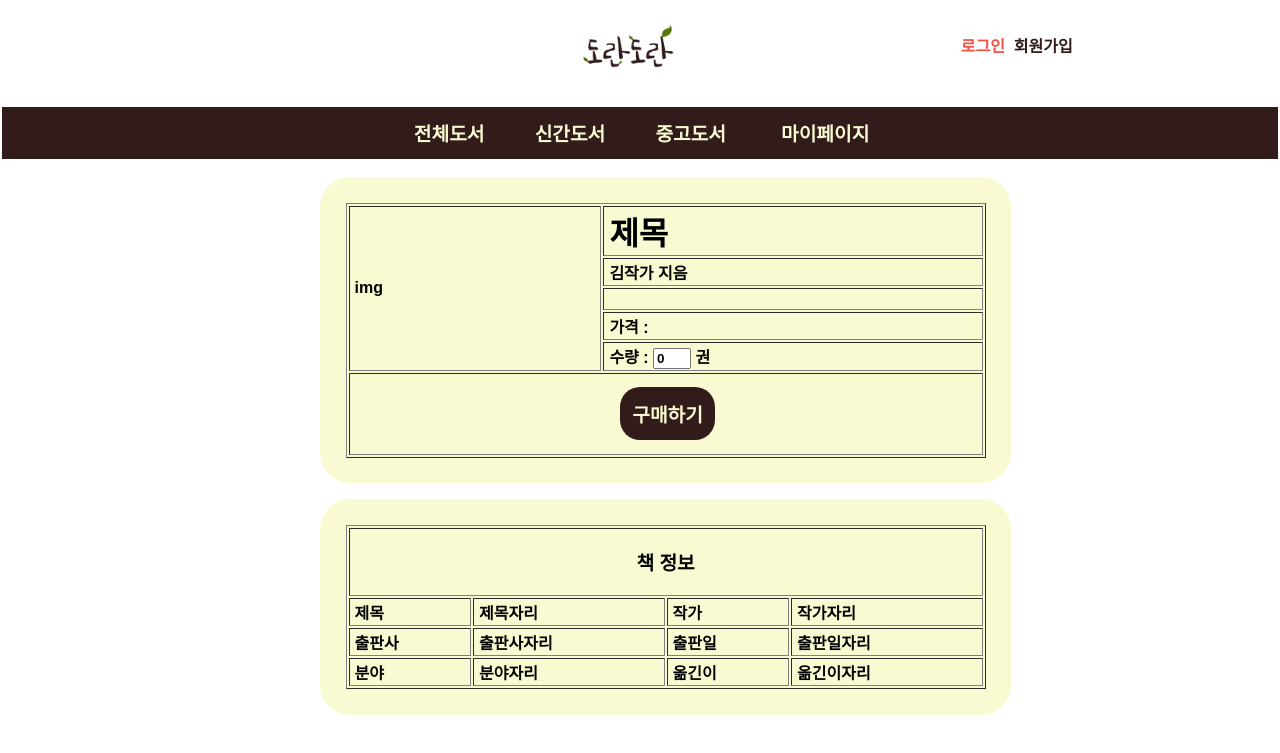
Repository: juhyun110701/DORANDORAN
Page: http://localhost/dorandoran/bookView.jsp
These files come from the project's save history. The page is drawn as it stood at one moment and after the next save; the edit follows.
The browser window is 1280 px wide. The pictures show the whole page.
Some web fonts or font styles are not loaded; a fallback is used. The page is served by Tomcat 9.

Above is the page before, as saved 2019-07-31 12:47:40.

After the next save:
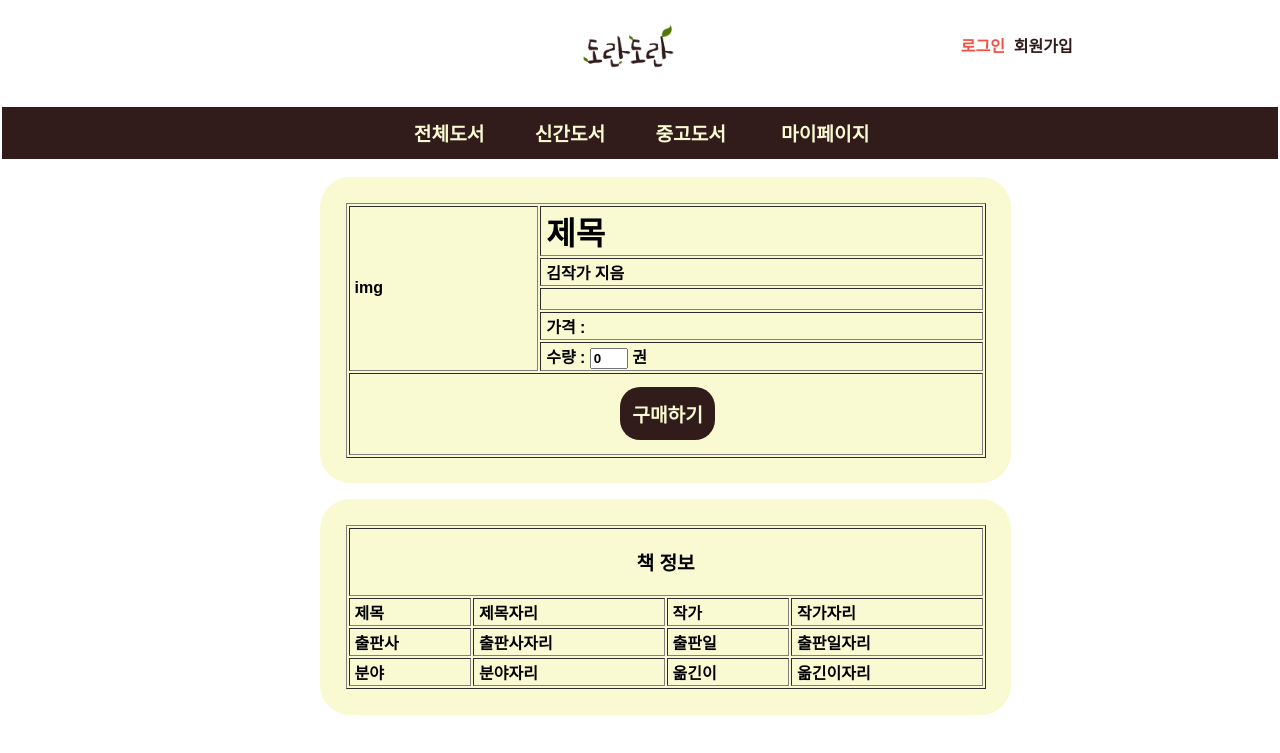
Saved 24 s later.
--- a/dorandoran/WebContent/bookView.jsp
+++ b/dorandoran/WebContent/bookView.jsp
@@ -32,7 +32,7 @@ function maxLengthCheck(object){
 <div id="box" align="center">
 <table border=1 id="whole">
 	<tr>
-		<td rowspan=5 width="40%">img</td>
+		<td rowspan=5 width="30%">img</td>
 		<td id="title" class="title">제목</td>
 	</tr>
 	<tr>
